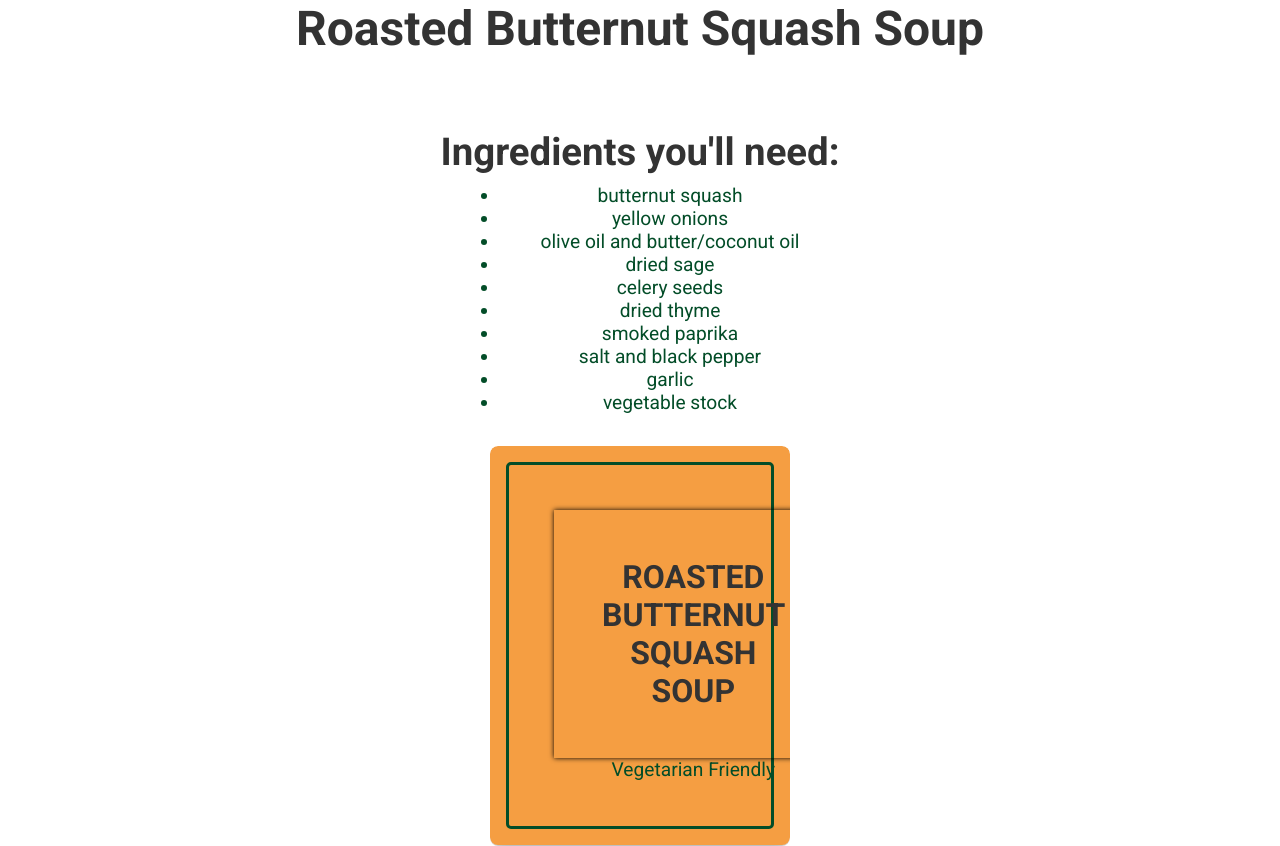
Repository: IDMX225/css-card-flip-LyssaMA
Page: src/index.html
These files come from the project's save history. The page is drawn as it stood at one moment and after the next save; the edit follows.
The browser window is 1280 px wide. The pictures show the whole page.
The style sheet was rebuilt from its Sass, Less or Tailwind sources for each picture, by a compiler version that may differ from the author's.

Above is the page before, as saved 2024-11-12 20:14:36.
Not found: src/js/index.js

### src/index.html
<!DOCTYPE html>
<html lang="en">

<head>
  <meta charset="UTF-8">
  <meta name="viewport" content="width=device-width, initial-scale=1.0">
  <meta name="description" content="A modern CSS page">
  <meta name="generator" content="Eleventy v1.2">
  <title>Recipe</title>
  <link rel="shortcut icon" href="images/squash.png" type="image/png">
  <link rel="stylesheet" href="css/main.css">
</head>

<body>
  <!-- Title above the card -->
  <div class="title-above-card">Roasted Butternut Squash Soup</div>

  <!-- Ingredients Section -->
  <div class="ingredients">
    <div class="ingredients-heading">Ingredients you'll need:</div>
    <ul class="ingredients-list">
      <li>butternut squash</li>
      <li>yellow onions</li>
      <li>olive oil and butter/coconut oil</li>
      <li>dried sage</li>
      <li>celery seeds</li>
      <li>dried thyme</li>
      <li>smoked paprika</li>
      <li>salt and black pepper</li>
      <li>garlic</li>
      <li>vegetable stock</li>
    </ul>
  </div>

  <!-- The Card with the Recipe Title inside -->
  <div class="card">
    <div class="card__content">
      <div class="card__front">
        <h3 class="card__title">Roasted Butternut Squash Soup</h3>
        <p class="card__subtitle">Vegetarian Friendly</p>
      </div>

      <div class="card__back">
        <p class="card__body">To roast the squash, simply place the seasoned squash onto two large baking sheets lined
          with aluminum foil for easy cleanup. Roast in the oven for 45 minutes at 400°F.
          There's no need to flip over the squash halfway through roasting. Just let it go for 45 minutes and that's it!
          Enjoy!</p>
      </div>
    </div>
  </div>

  <script src="js/index.js"></script>
</body>

</html>

### src/sass/main.scss
/* Import Google Fonts */
@import url('https://fonts.googleapis.com/css2?family=Roboto:wght@400;700&display=swap');

:root {
  --level-three: translateZ(9rem);
  --fw-normal: 400;
  --fw-bold: 700;
  --clr: #f59e42; /* Squash Soup Orange */
  --clr-dark: #331710; /* Dark brown for the card back */
  --font-family: 'Roboto', sans-serif;
}

*,
*::before,
*::after {
  box-sizing: border-box;
  margin: 0;
}

body {
  font-family: var(--font-family);
  height: 100vh;
  display: grid;
  place-items: center;
}

/* Title Above the Card */
.title-above-card {
  font-family: var(--font-family);
  font-size: 3rem; /* Larger size for the title */
  font-weight: var(--fw-bold);
  text-align: center;
  margin-bottom: 1.5em; /* Space between title and ingredients */
  color: #333; /* Dark color for the title */
}

/* Ingredients Section */
.ingredients {
  text-align: center;
  margin-bottom: 2em; /* Space between ingredients and card */
}

.ingredients-heading {
  font-family: var(--font-family);
  font-size: 2.4rem; /* Larger size for "Ingredients you'll need:" */
  font-weight: var(--fw-bold);
  color: #333; /* Dark color */
  margin-bottom: 10px; /* Adds space between the heading and the ingredient list */
}

.ingredients-list {
  font-family: var(--font-family);
  font-size: 1.2rem; /* Regular size for the list items */
  color: #034d28; /* Dark green color */
  list-style-type: disc; /* Use bullet points for the list */
  margin-left: 20px; /* Indentation for the list items */
}

/* Card Container */
.card {
  width: 300px;
  height: 400px;
  perspective: 1000px;
  border-radius: 8px;
  overflow: hidden;
  padding-bottom: 2em; /* Add padding under the card */
}

/* Card Content */
.card__content {
  position: relative;
  width: 100%;
  height: 100%;
  transform-style: preserve-3d;
  transition: transform 0.6s;
}

.card:hover .card__content {
  transform: rotateY(180deg);
}

.card__front,
.card__back {
  position: absolute;
  top: 0;
  left: 0;
  right: 0;
  bottom: 0;
  backface-visibility: hidden;
  display: grid;
  justify-items: center;
  align-items: center;
  border-radius: 8px;  /* Ensures that the corners of both front and back are rounded */
}

/* Front of the Card */
.card__front {
  background-color: var(--clr);
  color: #034d28; /* Dark green text for contrast */
  padding: 4em;  /* Add space around the content inside the front of the card */
  border-radius: 8px; /* Match the card's rounded corners */
  box-shadow: 0 8px 16px rgba(0, 0, 0, 0.3); /* Add shadow to front for depth */
  position: relative;
}

/* Adding the border effect with rounded corners */
.card__front::before {
  content: '';
  position: absolute;
  top: 1em;
  bottom: 1em;
  left: 1em;
  right: 1em;
  border: 3px solid currentColor;
  border-radius: 5px; /* Rounded corners on the border */
}

/* Title on Card Front */
.card__title {
  font-family: var(--font-family);
  font-size: 2rem;
  font-weight: var(--fw-bold);
  text-transform: uppercase;
  color: #333;
  box-shadow: 0 0 5px black;
  padding: 1.5em; /* Padding inside the box for space from the border */
  text-align: center;
  position: relative; /* Ensure the title is properly positioned */
  z-index: 1;  /* Ensure the title is on top of the border */
}

/* Subtitle on Card */
.card__subtitle {
  font-family: var(--font-family);
  font-size: 1.2rem;
  font-weight: var(--fw-normal);
}

/* Back of the Card */
.card__back {
  background: var(--clr-dark);
  color: #f7d07d;
  transform: rotateY(180deg);
  border-radius: 8px; /* Ensure the back matches the card's rounded corners */
  padding: 2em; /* Add some padding to the back */
}

.card__body {
  font-family: var(--font-family);
  font-size: 1rem;
  line-height: 1.5;
  text-align: center;
}

After the next save:
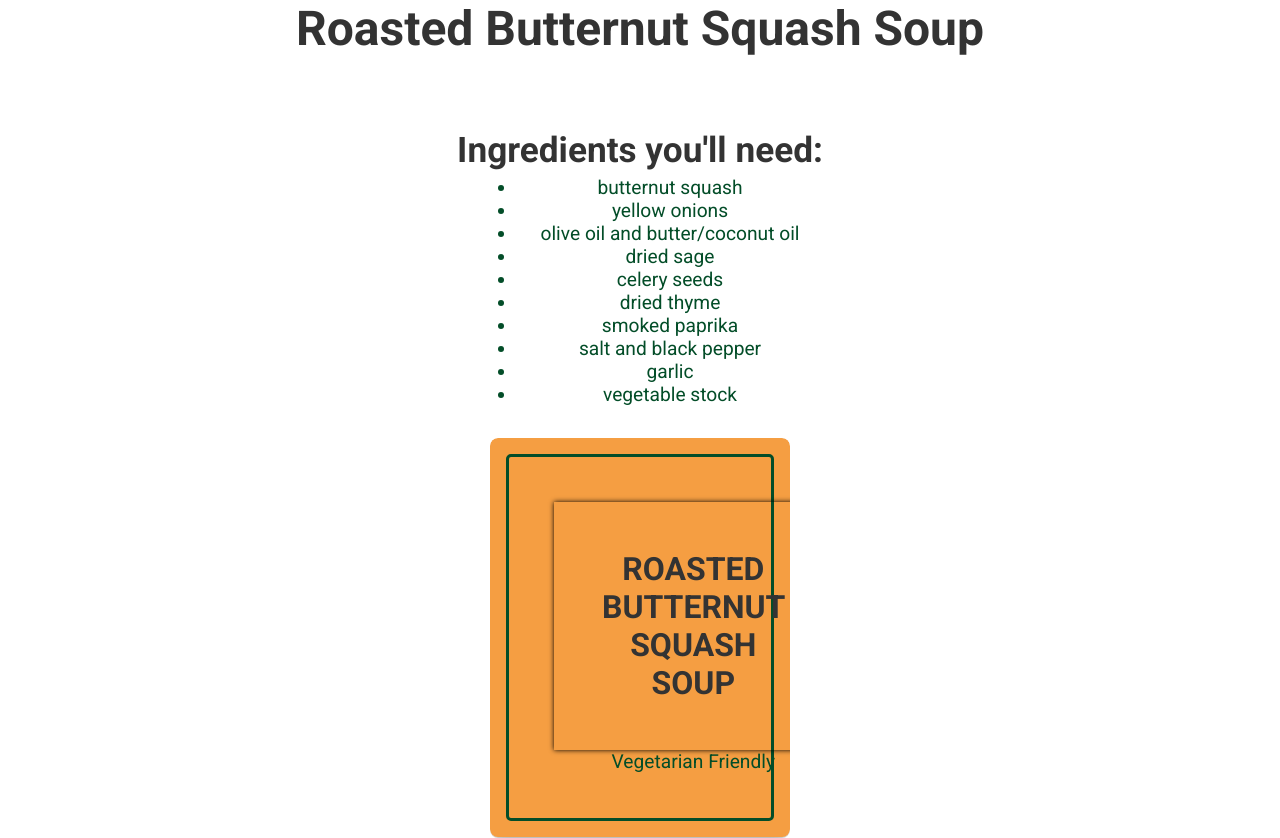
Saved 51 s later.
--- a/src/sass/main.scss
+++ b/src/sass/main.scss
@@ -42,10 +42,10 @@ body {
 
 .ingredients-heading {
   font-family: var(--font-family);
-  font-size: 2.4rem; /* Larger size for "Ingredients you'll need:" */
+  font-size: 2.2rem; /* Larger size for "Ingredients you'll need:" */
   font-weight: var(--fw-bold);
   color: #333; /* Dark color */
-  margin-bottom: 10px; /* Adds space between the heading and the ingredient list */
+  margin-bottom: 5px; /* Adds space between the heading and the ingredient list */
 }
 
 .ingredients-list {
